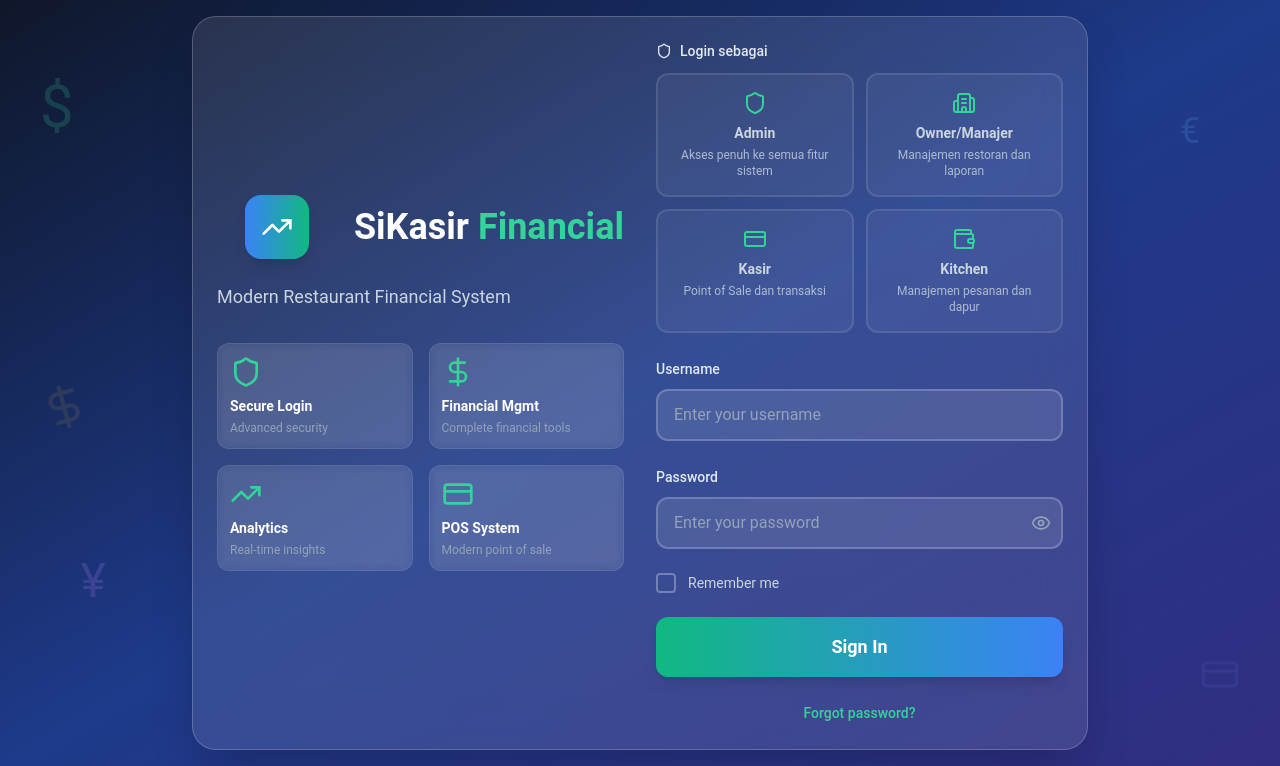
Repository: luthfirf17/SiKasir
Page: / (app in frontend/)
These files come from the project's save history. The page is drawn as it stood at one moment and after the next save; the edit follows.
The browser window is 1280 px wide. The pictures show the whole page.
The page's requests for data from a server got no answer. The project was rebuilt for these pictures with package versions that can differ from the ones it lists, and the page was loaded fresh each time. No one was signed in, and anything a server would have sent is missing. Also part of the build but not shown: frontend/src/modules/admin/config/navigationConfig.ts, frontend/src/modules/admin/components/ModernAdminNavigation.tsx, frontend/src/modules/admin/components/AdminNavbar.tsx, frontend/src/modules/admin/layouts/AdminLayout.tsx, frontend/src/modules/admin/pages/DashboardPage.tsx, frontend/src/services/MenuService.ts, frontend/src/utils/menuDataConverter.ts, frontend/src/hooks/useMenuData.ts and 19 more.

Above is the page before, as saved 2025-09-25 17:33:16.

After the next save:
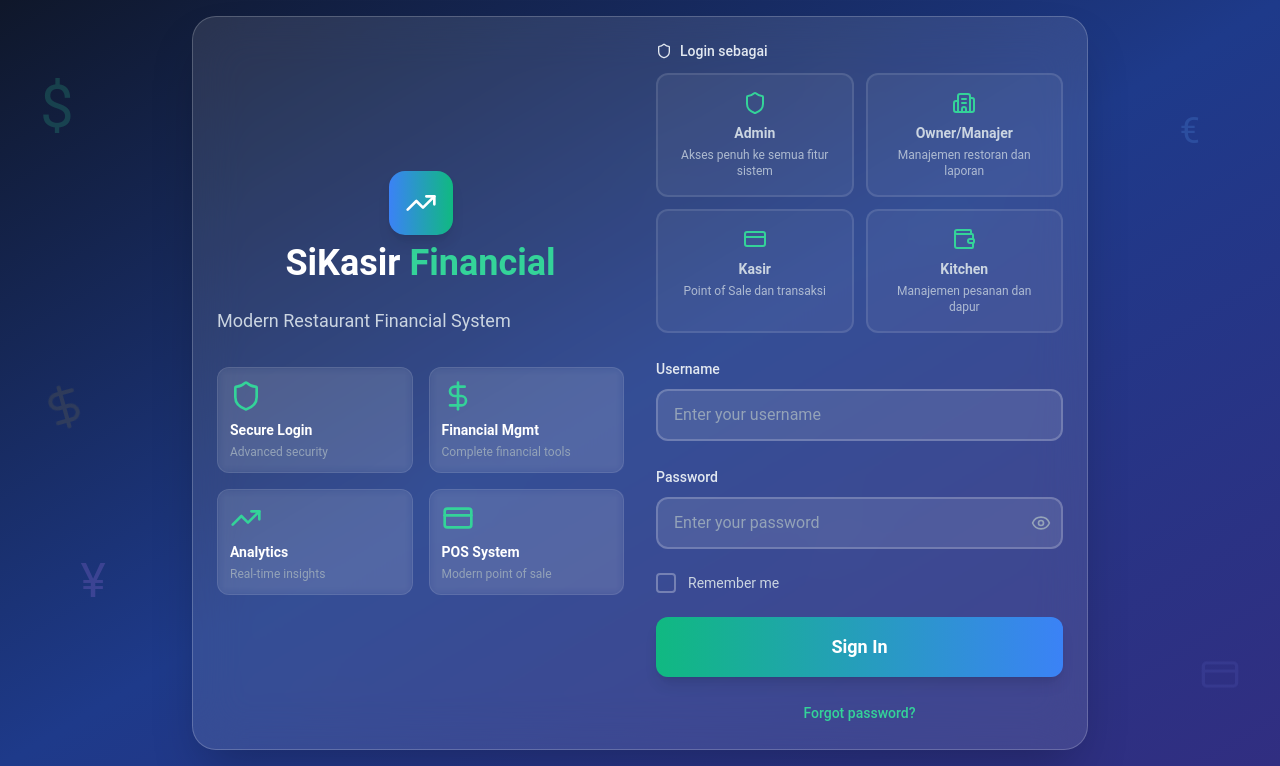
Saved 60 s later.
--- a/frontend/src/pages/LoginPage.tsx
+++ b/frontend/src/pages/LoginPage.tsx
@@ -199,11 +199,11 @@ const LoginPage = () => {
             {/* Left Side - Branding & Features */}
             <div className="space-y-8">
               <div className="text-center lg:text-left">
-                <div className="flex justify-center items-center gap-4 mb-6">
-                  <div className="p-4 bg-gradient-to-r from-blue-500 to-emerald-500 rounded-2xl shadow-lg transform hover:scale-110 transition-transform duration-300 mx-auto">
+                <div className="flex flex-col justify-center items-center gap-2 mb-6">
+                  <div className="p-4 bg-gradient-to-r from-blue-500 to-emerald-500 rounded-2xl shadow-lg transform hover:scale-110 transition-transform duration-300">
                     <TrendingUp className="h-8 w-8 text-white" />
                   </div>
-                  <h1 className="text-3xl lg:text-4xl font-bold text-white mb-0">
+                  <h1 className="text-3xl lg:text-4xl font-bold text-white text-center">
                     SiKasir <span className="text-emerald-400">Financial</span>
                   </h1>
                 </div>
